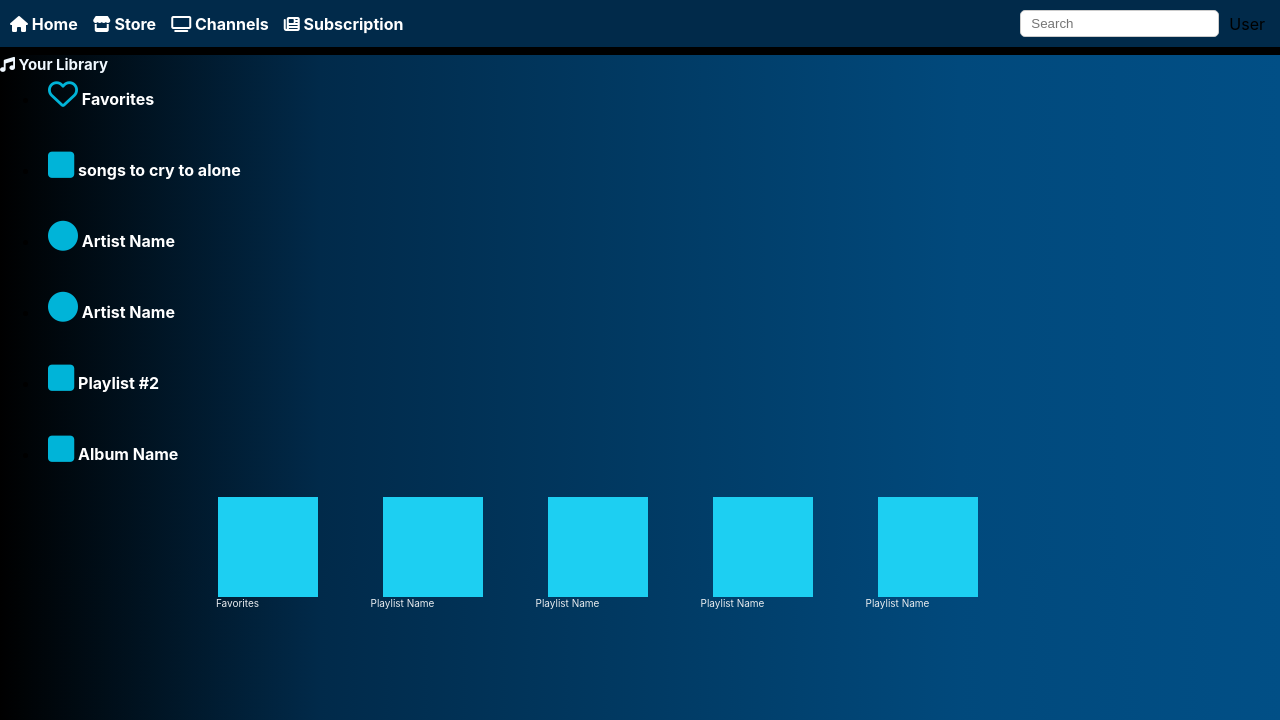
Repository: gordonnrat/group-2-project
Page: / (app in source-code/)
These files come from the project's save history. The page is drawn as it stood at one moment and after the next save; the edit follows.
The browser window is 1280 px wide. The pictures show the whole page.
The project was rebuilt for these pictures with package versions that can differ from the ones it lists, and the page was loaded fresh each time. Also part of the build but not shown: source-code/src/App.css, source-code/src/App.js, source-code/src/components/pages/Login.js.

Above is the page before, as saved 2023-07-29 21:22:36.

### source-code/src/index.js
import React from 'react';
import ReactDOM from 'react-dom';
import './index.css';
import reportWebVitals from './reportWebVitals';
import {
  BrowserRouter as Router,
  Routes,
  Route,
  Link
} from "react-router-dom";

import App from './App';
import Home from './components/pages/Home';
import Login from './components/pages/Login';

ReactDOM.render(
  <React.StrictMode>
    <Router>
      <Routes>
        <Route path="/" element={<Home />} />
        <Route path="/login" element={<Login />} />
        {/* Add more routes here */}
        <Route path="/group-2-project" element={<Link to="/" />} />
      </Routes>
    </Router>
  </React.StrictMode>,
  document.getElementById('root')
);

// If you want to start measuring performance in your app, pass a function
// to log results (for example: reportWebVitals(console.log))
// or send to an analytics endpoint. Learn more: https://bit.ly/CRA-vitals
reportWebVitals();

### source-code/src/index.css
body {
  margin: 0;
  font-family: -apple-system, BlinkMacSystemFont, 'Segoe UI', 'Roboto', 'Oxygen',
    'Ubuntu', 'Cantarell', 'Fira Sans', 'Droid Sans', 'Helvetica Neue',
    sans-serif;
  -webkit-font-smoothing: antialiased;
  -moz-osx-font-smoothing: grayscale;
}

code {
  font-family: source-code-pro, Menlo, Monaco, Consolas, 'Courier New',
    monospace;
}

body {
  background: linear-gradient(0.25turn,black,#012A4A, #013A63, #01497C,#014F86);


}

### source-code/src/components/pages/Home.js
import React from "react";
import { Link } from "react-router-dom";
import Navbar from "../Navbar";
import "./js.css";

function Home() {
  return (
    <div>
      <Navbar />
      <h1 className="top-heading">
        <i className="fas fa-music"></i> Your Library
      </h1>
      <div className="main-container">
        <div className="squares-container">
          {/* Square 1 */}
          <Link to="/favorites">
            <div className="square-container">
              <div className="text">Favorites</div>
              <div className="square square-red"></div>
            </div>
          </Link>

          {/* Square 2 */}
          <Link to="/Playlist">
            <div className="square-container">
              <div className="text">Playlist Name</div>
              <div className="square square-blue"></div>
            </div>
          </Link>

          {/* Square 3 */}
          <Link to="/Playlist">
            <div className="square-container">
              <div className="text">Playlist Name</div>
              <div className="square square-green"></div>
            </div>
          </Link>

          {/* Square 4 */}
          <Link to="/Playlist">
            <div className="square-container">
              <div className="text">Playlist Name</div>
              <div className="square square-orange"></div>
            </div>
          </Link>

          {/* Square 5 */}
          <Link to="/Playlist">
            <div className="square-container">
              <div className="text">Playlist Name</div>
              <div className="square square-purple"></div>
            </div>
          </Link>
        </div>
      </div>
    </div>
  );
}

export default Home;

### source-code/src/components/Navbar.js
import React from "react";
import { Link } from "react-router-dom";
import "./Navbar.css";
import "@fortawesome/fontawesome-free/css/all.min.css";

function Navbar() {
  return (
    <div>
      {/* Main Navbar */}
      <nav className="navbar">
        <ul className="left-nav">
          <li>
            <Link to="/">
              <i className="fas fa-home"></i> Home
            </Link>
          </li>
          <li>
            <Link to="/Store">
              <i className="fas fa-store"></i> Store
            </Link>
          </li>
          <li>
            <Link to="/Channels">
              <i className="fas fa-tv"></i> Channels
            </Link>
          </li>
          <li>
            <Link to="/Subscription">
              <i className="fas fa-newspaper"></i> Subscription
            </Link>
          </li>
        </ul>
        <div className="right-nav">
          <input type="text" placeholder="Search" />
          <div className="user-section">
            {/* Your user-related elements can go here */}
            <span>User</span>
          </div>
        </div>
      </nav>

      {/* Sidebar */}
      <aside className="sidebar">
        {/* Your sidebar content can go here */}
        <ul>
          <li>
            <Link to="/Favorites">
              <i className="far fa-heart"></i> Favorites
            </Link>
          </li>
          <li>
            <Link to="/songs to cry to alone">
              <i className="fas fa-square"></i> songs to cry to alone

            </Link>
          </li>
          {/* Add more sidebar items as needed */}

          <li>
          <Link to="/Artist Name">
              <i className="fas fa-circle"></i> Artist Name
            </Link>
            </li>


            <li>
            <Link to="/Artist Name">
              <i className="fas fa-circle"></i> Artist Name
            </Link>
            </li>

            <li>
            <Link to="/Playlist">
              <i className="fas fa-square"></i> Playlist #2
            </Link>
            </li>
            <li>
            <Link to="/Album Name">
              <i className="fas fa-square"></i> Album Name
            </Link>
            </li>













        </ul>
      </aside>
    </div>
  );
}

export default Navbar;

### source-code/src/components/pages/js.css


.squares-container {
  display: flex;
  justify-content: center;
  align-items: flex-start; /* Align items to the top */
  height: 10vh; /* Set the height of the container to the full viewport height */
  margin-top: 0; /* Add this line to reset the top margin */
}

.square-container {
  margin-right: 65px; /* Add some spacing between squares (adjust as needed) */
  position: relative; /* Make sure the container is positioned relatively for absolute positioning of its children */
}

.text {
  position: absolute;
  top: 100px; /* Adjust the vertical position of the text above the square */
  left: 10%; /* Horizontally center the text */
  font-size: 10px;
  color: rgb(234, 237, 240);
  transform: translateX(-50%); /* This will adjust the centering due to the width of the text */
}

.square {
  width: 100px;
  height: 100px;
  background-color: rgb(29, 207, 242);
  top: 300px;
  left:30%;/* This will position the square below the text */
  transform: translateX(-10%);
}

.top-heading {
  position: absolute;
  top: 45px; /* Adjust the value to move it down as much as you want */
  left: 0;
  font-size: 15px;
  color: aliceblue;
}

### source-code/src/components/Navbar.css

/* Navbar.css */

/* Navbar.css */

.navbar {
    background-color: #012A4A;
    padding: 10px;
    display: flex;
    justify-content: space-between;
    align-items: center;

    /* Add border line to the bottom of the navigation bar */
    border-bottom: 8px solid black; /* Replace #fff with your desired border color */
}



.left-nav {
    list-style-type: none;
    margin: 0;
    padding: 0;
    display: flex;
    align-items: center;
}

.left-nav li {
    margin-right: 15px;
}

.left-nav li:last-child {
    margin-right: 0;
}

.left-nav li a {
    text-decoration: none;
    color:white;

    font-size: 16px;
    font-weight: bold;
}

.left-nav li a:hover {
    color: white;
}

.right-nav {
    display: flex;
    align-items: center;
}

.right-nav input[type="text"] {
    padding: 5px 10px;
    border: 1px solid #ccc;
    border-radius: 5px;
    margin-right: 10px;
}

.user-section {
    display: flex;
    align-items: center;
}

.user-section span {
    margin-right: 5px;
}

.user-section img {
    width: 30px;
    height: 30px;
    border-radius: 50%;
}




  .sidebar li a {
    display: block;
    padding: 8px;
    color: white;
    text-decoration: none;
    position: relative;
  }

  .sidebar li {
    margin-bottom: 25px; /* Add space between each sidebar item */
  }

  .sidebar li a i {
    font-size: 30px;
    color: #00B4D8;
    position: relative;
    z-index: 2; /* Set z-index to place the icons in front of the border line */
  }


  .sidebar li a {
    text-decoration: none;
    color: white;
    font-size: 16px;
    font-weight: bold;
}

Loaded but not shown: source-code/public/index.html (common file); source-code/src/reportWebVitals.js (common file)

After the next save:
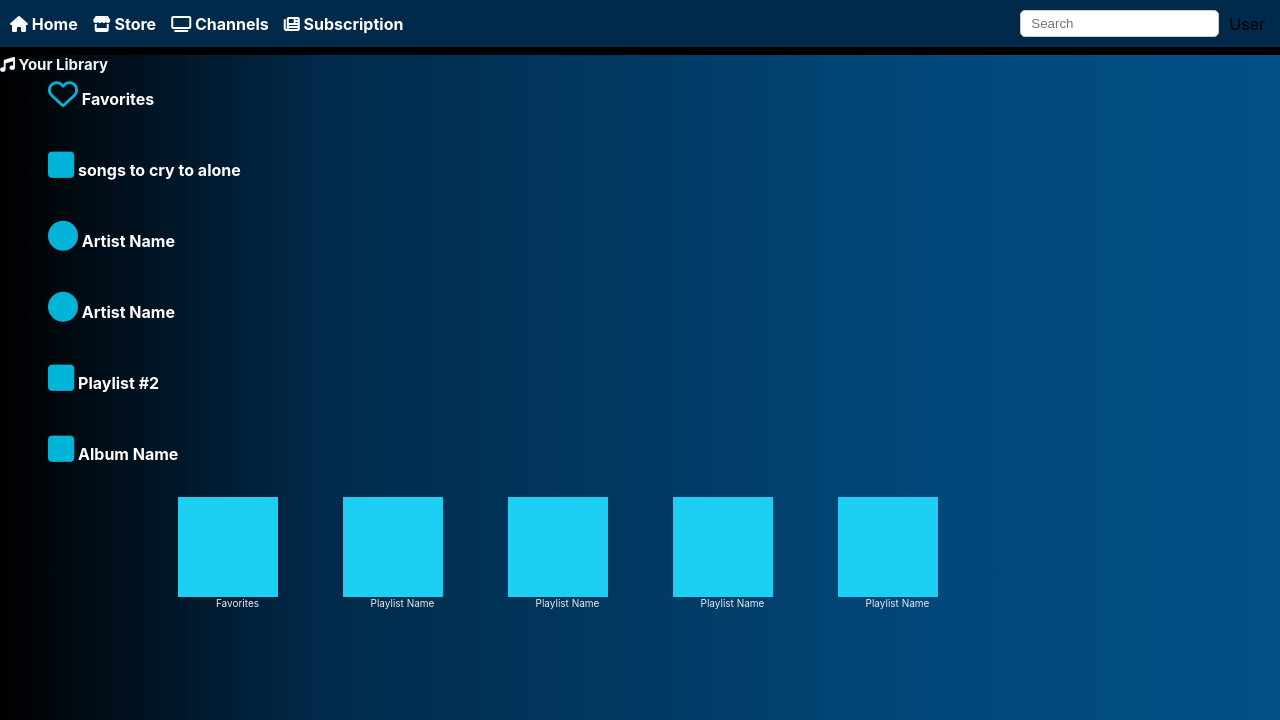
Saved 11 s later.
--- a/source-code/src/components/pages/js.css
+++ b/source-code/src/components/pages/js.css
@@ -28,7 +28,7 @@
   background-color: rgb(29, 207, 242);
   top: 300px;
   left:30%;/* This will position the square below the text */
-  transform: translateX(-10%);
+  transform: translateX(-50%);
 }
 
 .top-heading {
